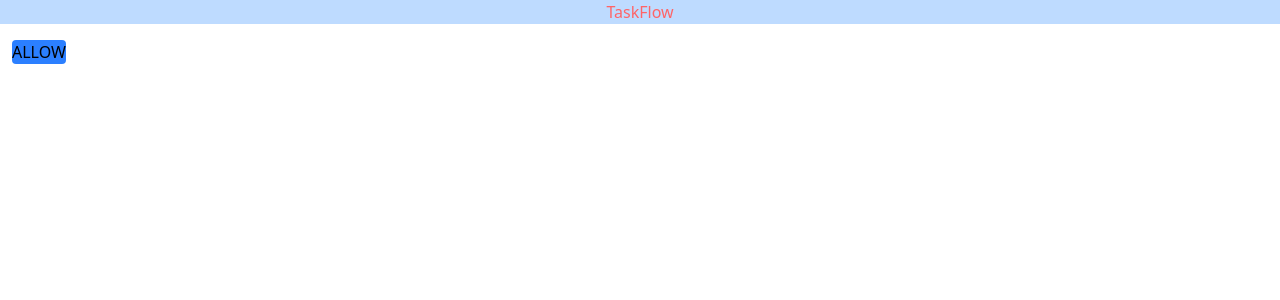
Repository: Manny1294/Taskflow
Page: /
An editor plug-in stored every save of this project. The page is shown before and after the next save, followed by the edit.
The browser window is 1280 px wide. The pictures show the whole page.
The project was rebuilt for these pictures with package versions that can differ from the ones it lists, and the page was loaded fresh each time. Also part of the build but not shown: vite.config.js.

Above is the page before, as saved 2026-02-11 06:43:28.

After the next save:
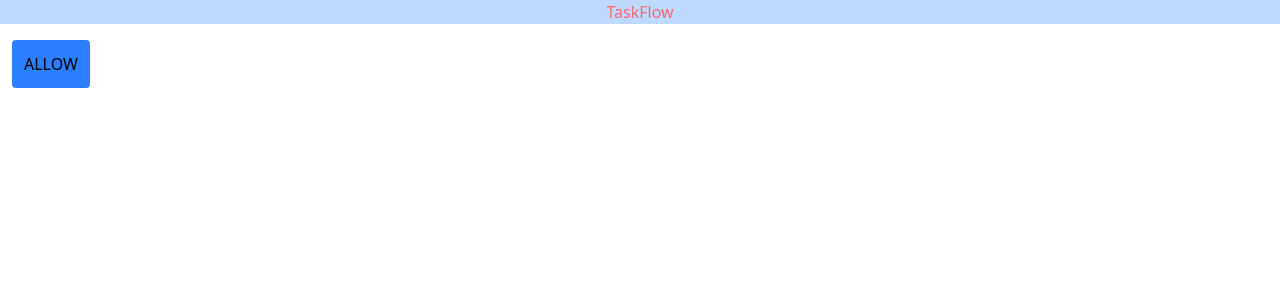
Saved 18 s later.
--- a/src/App.jsx
+++ b/src/App.jsx
@@ -4,7 +4,7 @@ export default function App() {
       <h1 className="text-red-400 bg-blue-200 flex items-center justify-center ">
         TaskFlow
       </h1>
-      <button className="border-green-300 rounded bg-blue-500 my-4 mx-3">
+      <button className="border-green-300 rounded bg-blue-500 my-4 mx-3 p-3">
         ALLOW
       </button>
     </>
